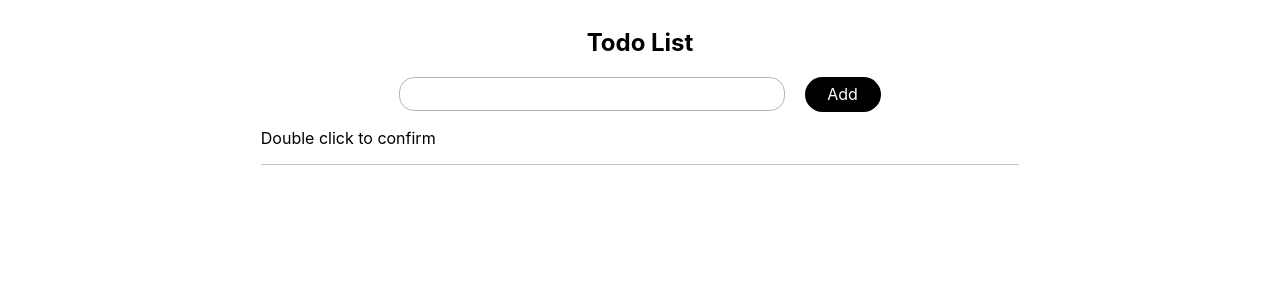
Repository: irenewuu/comp4130_checklist
Page: index.html
These files come from the project's save history. The page is drawn as it stood at one moment and after the next save; the edit follows.
The browser window is 1280 px wide. The pictures show the whole page.

Above is the page before, as saved 2022-01-12 15:21:34.

### index.html
<!DOCTYPE html>
<html lang="en">
  <head>
    <meta charset="UTF-8">
    <meta name="viewport" content="width=device-width, initial-scale=1.0">
    <link rel="stylesheet" href="style.css">
    <script src="index.js"></script>
    <title>Comp4130_Checklist</title>
  </head>
  <body>
    <div class="main">
      <!-- title area -->
      <div class="title">
      <h2>Todo List</h2>
      </div>
      <!-- input area -->
      <form class="input">
        <input type="text" class="text" id="myInput" onkeyup="13" >
        <span class="btn" onclick="newElement()">Add</span>
      </form>
      <!-- homework checklist -->
      <div class="sortbox">
        <!-- <h4>Sort</h4>
        <img src="image/Iconly/Bold/sort.svg"> -->
        <p>Double click to confirm</p>
      </div>
      <ul id="NewList">

      </ul>
    </div>
  </body>
</html>

### style.css
.main {
  width: 100%;
  height: 100%;
  display: flex;
  flex-direction: column;
  justify-content: center;
  align-items: center;
  font-family: -apple-system, BlinkMacSystemFont, "Segoe UI", Roboto;
}
form > span {
  width: 60%;
  display: flex;
  justify-content: center;
  background: #000000;
  color: #fff;
  justify-content: center;
  align-items: center;
}
.input {
  width: 60%;
  display: flex;
  justify-content: center;
}
.text {
  width: 50%;
  height: 30px;
  border-radius: 15px;
  border: 1px solid rgb(182, 182, 182);
}
.btn {
  width: 10%;
  height: 35px;
  border-radius: 20px;
  margin-left: 20px;
}
.sortbox {
  width: 60%;
  display: flex;
  flex-direction: row;
  border-bottom: 1px solid #c2c2c2;
}
.sortbox > img {
  margin: 10px;
}
ul {
  width: 60%;
  justify-content: center;
  margin: 0;
  padding: 0;
}
/* Style the list items */
ul li {
  cursor: pointer;
  position: relative;
  padding: 12px 8px 12px 40px;
  list-style-type: none;
  border-bottom: 1px solid #c2c2c2;
  font-size: 18px;
  transition: 0.2s;

  /* make the list items unselectable */
  -webkit-user-select: none;
  -moz-user-select: none;
  -ms-user-select: none;
  user-select: none;
}

ul li span {
  position: relative;
  right: 10px;
}

/* hover */
ul li:hover {
  background: #ddd;
}

/* When clicked on, add a background color and strike out text */
ul li.checked {
  background: #888;
  color: #fff;
  text-decoration: line-through;
}
/* Add a "checked" mark when clicked on */
ul li.checked::before {
  content: "";
  position: absolute;
  border-color: #fff;
  border-style: solid;
  border-width: 0 2px 2px 0;
  top: 10px;
  left: 16px;
  transform: rotate(45deg);
  height: 15px;
  width: 7px;
}
/* Style the close button */
.close {
  position: absolute;
  right: 0;
  top: 0;
  padding: 12px 16px 12px 16px;
}

.close:hover {
  background-color: #f72585;
}

@media only screen and (max-width: 600px) {
  .input {
    width: 60%;
    display: flex;
    justify-content: center;
  }
  .text {
    width: 65%;
    height: 20px;
  }
  .btn {
    width: 30%;
    height: 26px;
  }
}

### index.js
let data = [];

// // Create a "close" button and append it to each list item
var listItem = document.getElementsByTagName("li");

// Create a new list item when clicking on the "Add" button
function newElement() {
  console.log(data)
  var li = document.createElement("li");
  // li.className = "unchecked";
  var inputValue = document.getElementById("myInput").value;

  //putting input value in list
  var spanText = document.createTextNode(inputValue);
  var span = document.createElement("span");
  span.appendChild(spanText);
  li.appendChild(span);


  // delete img
  var bin = document.createElement("img");
  bin.src = "image/iconly/bold/delete.svg";
  bin.className = "close";
  li.appendChild(bin);

  if (inputValue === '') {
    alert("You must write something!");
    data.push()
  } else {
    document.getElementById("NewList").appendChild(li);
  }

  document.getElementById("myInput").value = "";

  // Click on a close button to hide the current list item
  // push object in array
  data.push({ value: inputValue })
  console.log(data)

  // Add a "checked" symbol when clicking on a list item
  // var list = document.querySelector('ul');
  // list.addEventListener('click', function(ev) {
  //   if (ev.target.tagName === 'LI') {
  //     // ev.target.tagName.className = "checked";
  //     ev.target.classList.toggle('checked');
  //   }
  // }, false);

  var close = document.getElementsByClassName("close");

    for (var i = 0; i < close.length; i++) {
      close[i].onclick = function () {

        data.splice(data[i], 1);
        console.log(data)

        // delete the item onclick
        var div = this.parentElement;
        div.remove(0,-1);
      }
    }


    for (var i = 0; i < listItem.length; i++) {
      listItem[i].onclick = function () {
       // Add a "checked" symbol when clicking on a list item
        var list = document.querySelector('ul');
        list.addEventListener('click', function(ev) {
        if (ev.target.tagName === 'LI') {
          ev.target.classList.toggle('checked');

        }

  }, false);
      }
    }
}

After the next save:
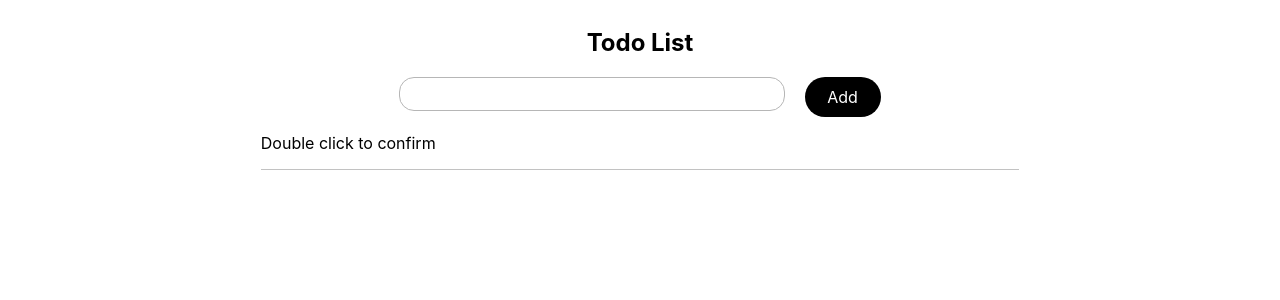
Saved 8 s later.
--- a/style.css
+++ b/style.css
@@ -29,7 +29,7 @@
 }
 .btn {
   width: 10%;
-  height: 35px;
+  height: 40px;
   border-radius: 20px;
   margin-left: 20px;
 }

After the save that followed:
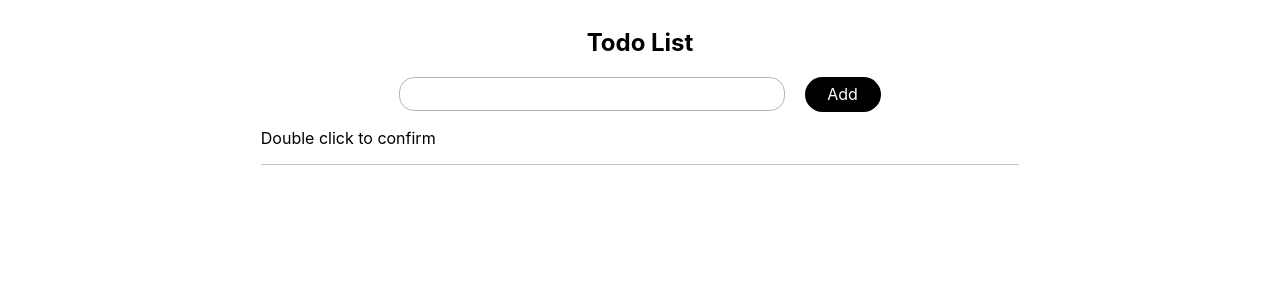
Saved 6 s later.
--- a/style.css
+++ b/style.css
@@ -29,7 +29,7 @@
 }
 .btn {
   width: 10%;
-  height: 40px;
+  height: 35px;
   border-radius: 20px;
   margin-left: 20px;
 }
